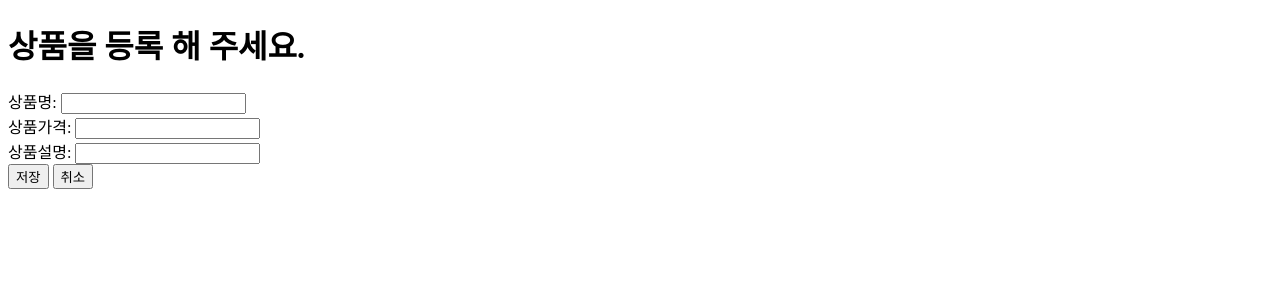
Repository: Realhyeonwoo/study-jsp
Page: http://localhost/JSPPrj/result.jsp
The author's editor kept a copy of each file at every save. The page is drawn from the files as they stood at one save, then again after the next save.
The browser window is 1280 px wide. The pictures show the whole page.
The page is served by Tomcat 9. Other server files are loaded and not shown.

Above is the page before, as saved 2020-04-15 16:14:26.

### JSPPrj/WebContent/result.jsp
<%@ page language="java" contentType="text/html; charset=UTF-8"
    pageEncoding="UTF-8"%>

<%
	String name = request.getParameter("name");
	String price = request.getParameter("price");
	String description = request.getParameter("description");
	String op = String.valueOf(request.getParameter("operator"));
%>
<!DOCTYPE html>
<html>
<head>
<meta charset="UTF-8">
<title>Insert title here</title>
</head>
<body>
	<h1>상품을 등록 해 주세요.</h1>
	<form action="result.jsp" method="post">
		<div>
			<label>상품명: </label>
			<input type="text" name="name"/>
		</div>
		<div>
			<label>상품가격: </label>
			<input type="text" name="price"/>
		</div>
		<div>
			<label>상품설명: </label>
			<input type="text" name="description"/>
		</div>
		<div>
			<input type="submit" name="operator" value="저장"/>
			<input type="submit" name="operator" value="취소"/>
		</div>
	</form>
</body>
</html>

After the next save:
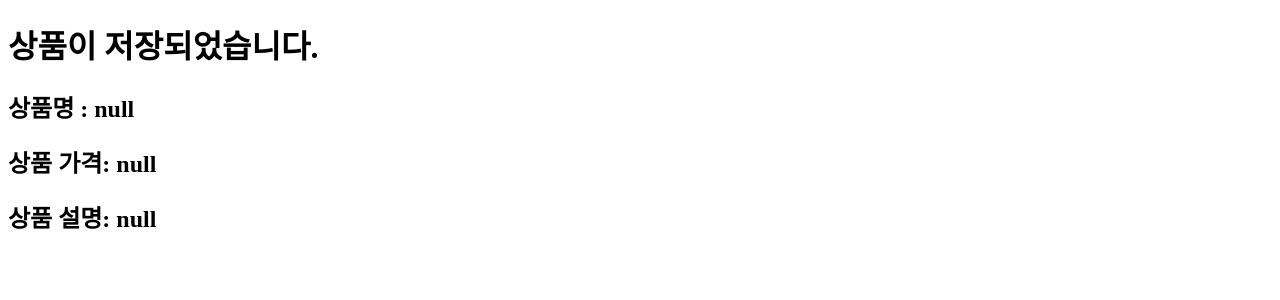
Saved 72 s later.
--- a/JSPPrj/WebContent/result.jsp
+++ b/JSPPrj/WebContent/result.jsp
@@ -14,24 +14,9 @@
 <title>Insert title here</title>
 </head>
 <body>
-	<h1>상품을 등록 해 주세요.</h1>
-	<form action="result.jsp" method="post">
-		<div>
-			<label>상품명: </label>
-			<input type="text" name="name"/>
-		</div>
-		<div>
-			<label>상품가격: </label>
-			<input type="text" name="price"/>
-		</div>
-		<div>
-			<label>상품설명: </label>
-			<input type="text" name="description"/>
-		</div>
-		<div>
-			<input type="submit" name="operator" value="저장"/>
-			<input type="submit" name="operator" value="취소"/>
-		</div>
-	</form>
+	<h1>상품이 저장되었습니다.</h1>
+	<h2>상품명    : <%=name %></h2>
+	<h2>상품 가격: <%=price %></h2>
+	<h2>상품 설명: <%=description %></h2>
 </body>
 </html>
